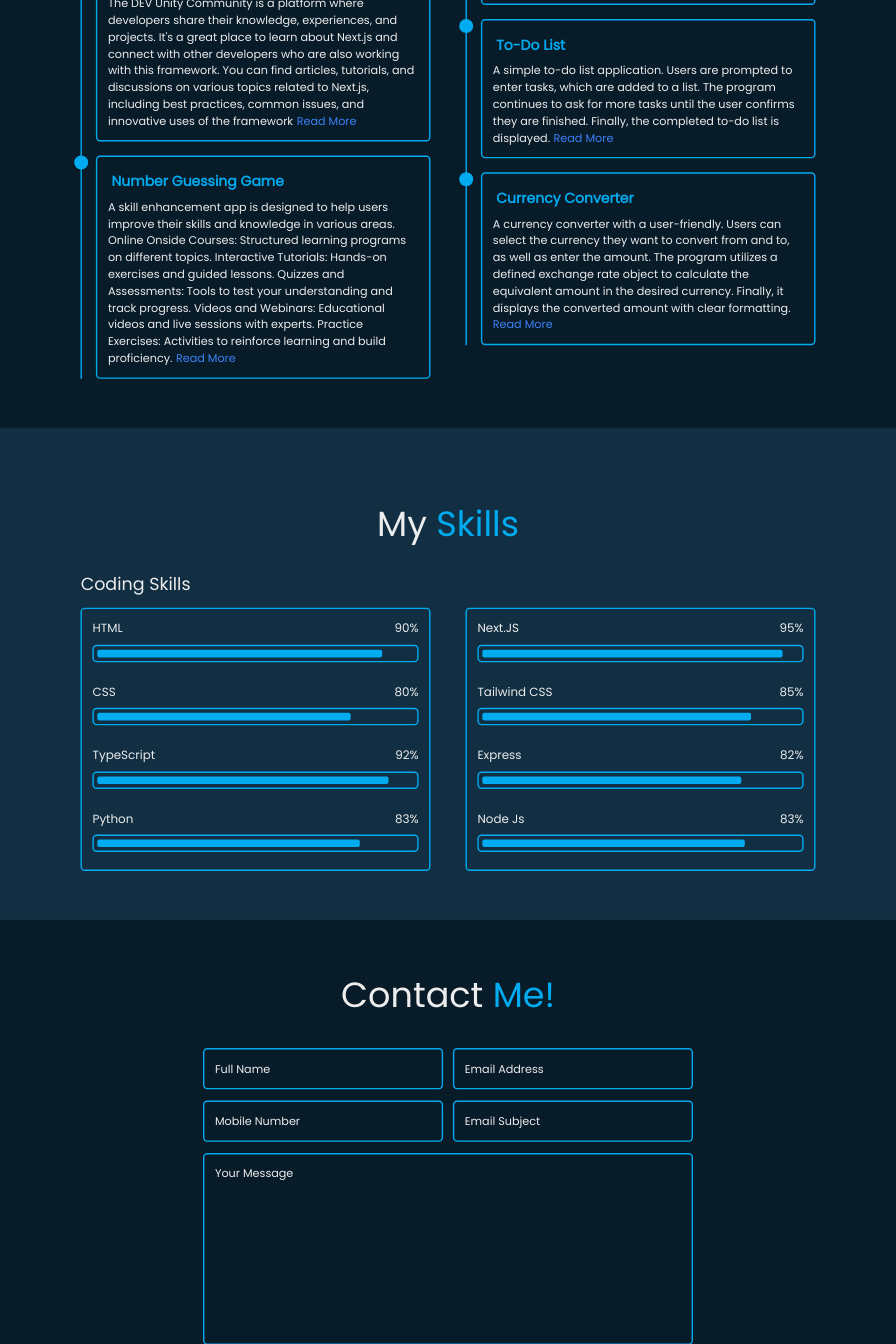
Repository: asadullah48/nextjs_projects_portfolio
Page: /
An editor plug-in stored every save of this project. The page is shown before and after the next save, followed by the edit.
The browser window is 1280 px wide. The pictures show the part of the page from y = 2103 to 4023 px (the page is 4306 px tall before and 4276 px after), at 70% of full size.
The project was rebuilt for these pictures with package versions that can differ from the ones it lists, and the page was loaded fresh each time. The framework's server and built-in components were replaced by stand-ins that run in the browser. Also part of the build but not shown: next.config.ts.

Above is the page before, as saved 2024-11-13 14:49:43.

After the next save:
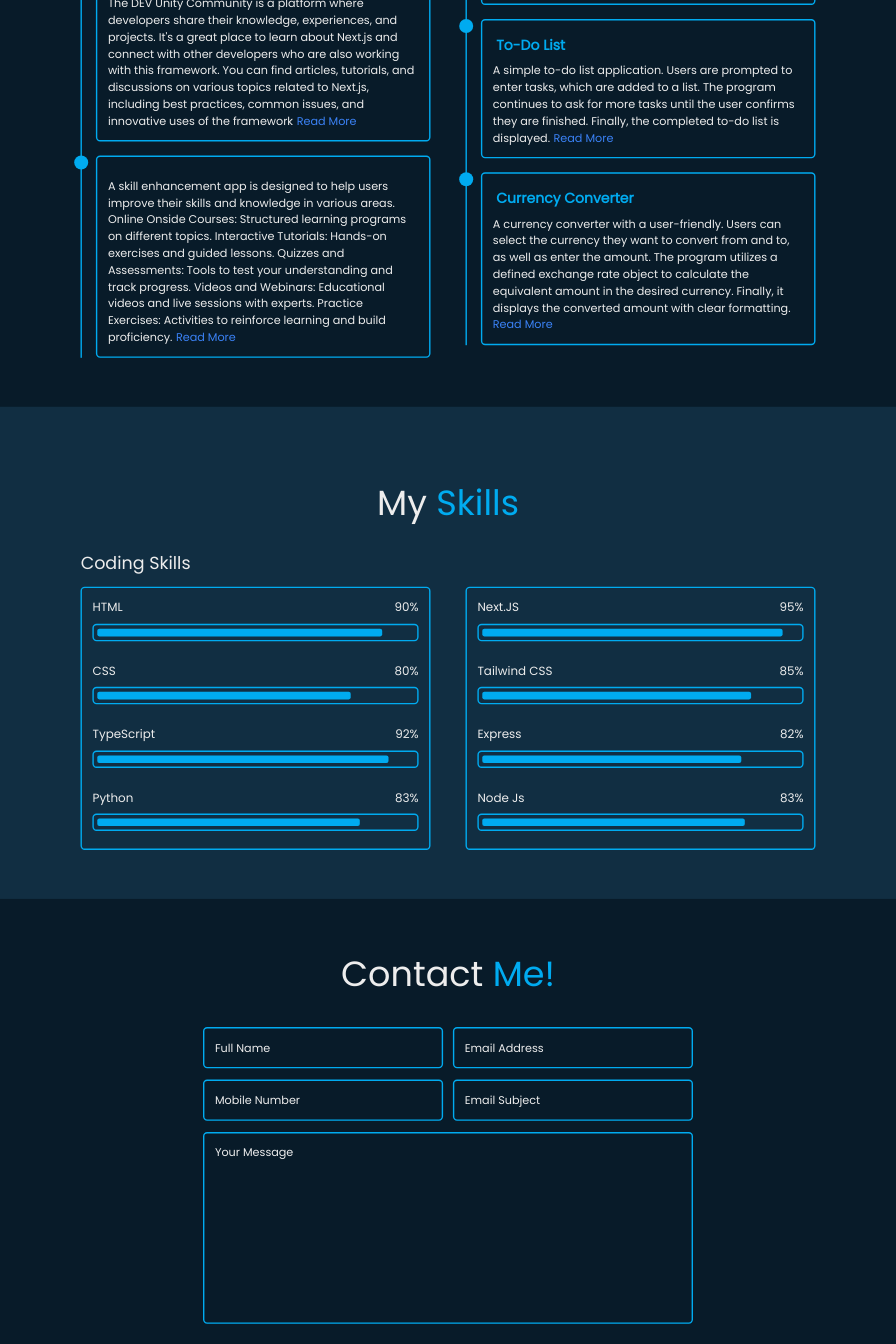
Saved 39 s later.
--- a/src/app/page.tsx
+++ b/src/app/page.tsx
@@ -277,7 +277,7 @@
               <div className="education-content">
                 <div className="content">
                   <div className="year">
-                    <h3>Number Guessing Game</h3>
+                    <h3></h3>
                   </div>
                   <p> A skill enhancement app is designed to help users improve their skills and knowledge in various areas.
                     Online Onside Courses: Structured learning programs on different topics. Interactive Tutorials: Hands-on exercises and guided lessons.

After the 2 saves that followed:
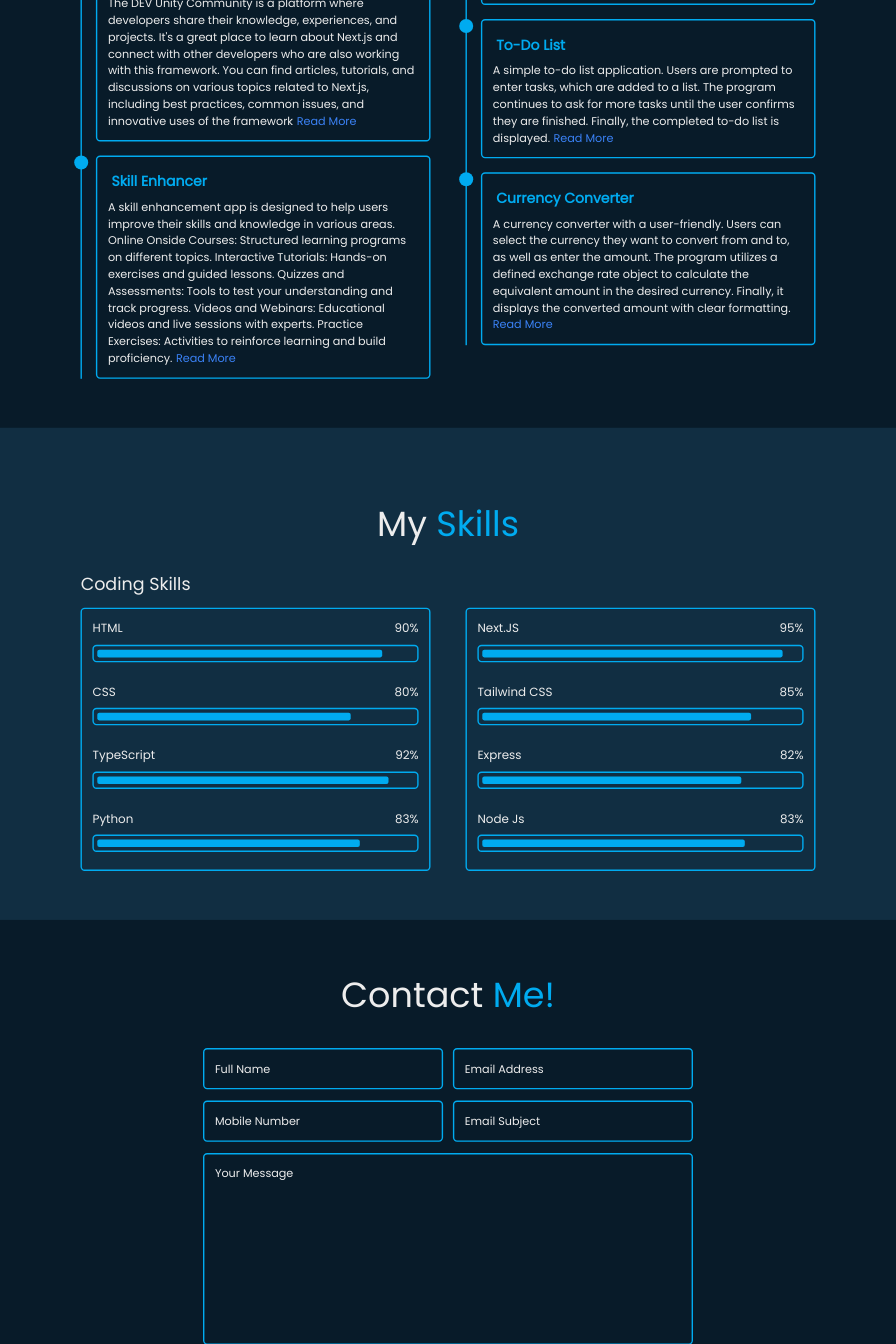
The 2 saves are shown as one change because they came seconds apart.
The last was saved 6 s later.
--- a/src/app/page.tsx
+++ b/src/app/page.tsx
@@ -277,7 +277,7 @@
               <div className="education-content">
                 <div className="content">
                   <div className="year">
-                    <h3></h3>
+                    <h3>Skill Enhancer</h3>
                   </div>
                   <p> A skill enhancement app is designed to help users improve their skills and knowledge in various areas.
                     Online Onside Courses: Structured learning programs on different topics. Interactive Tutorials: Hands-on exercises and guided lessons.
